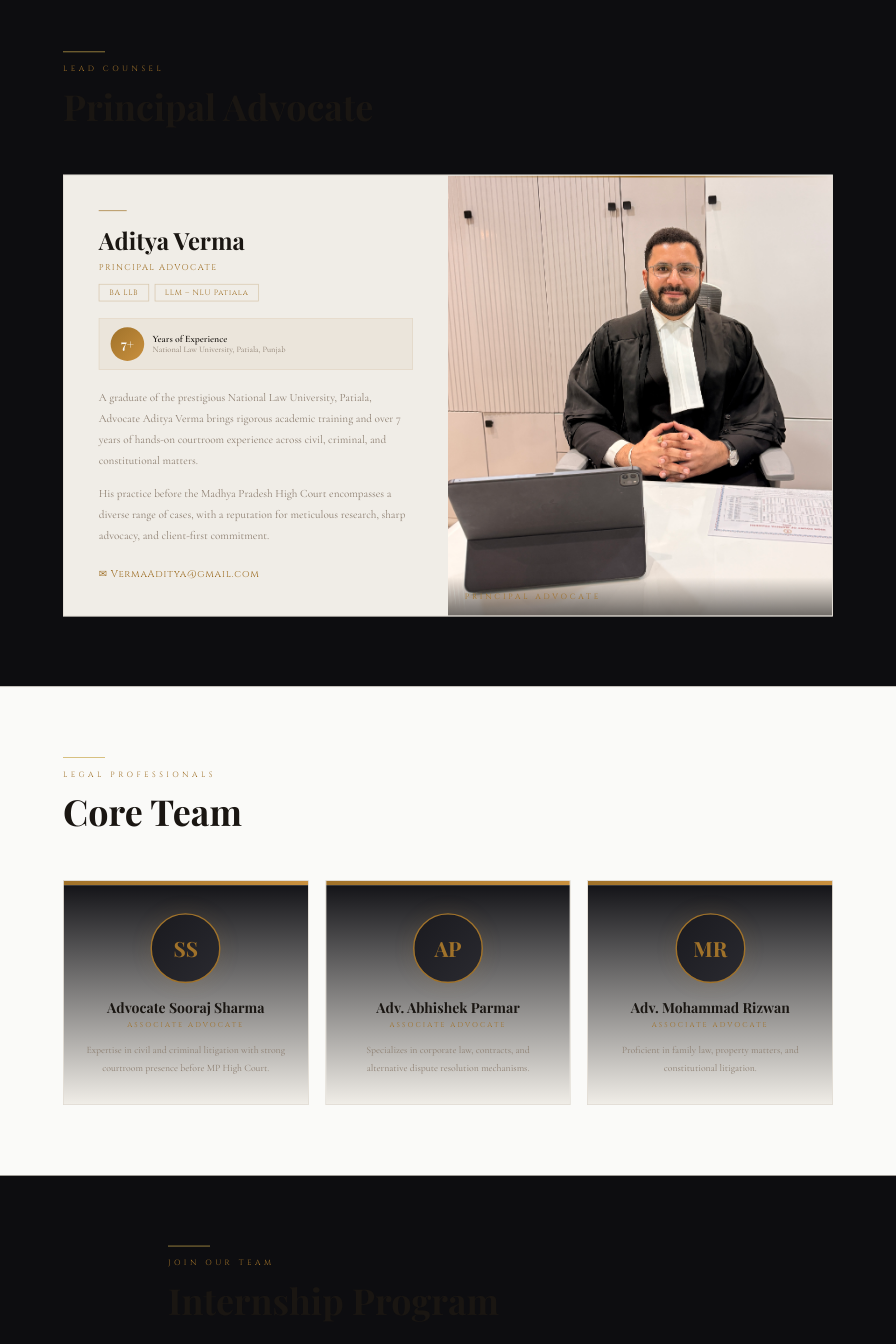
Repository: leesha19/aditya-verma-and-associates
Page: /
These files come from the project's save history. The page is drawn as it stood at one moment and after the next save; the edit follows.
The browser window is 1280 px wide. The pictures show the part of the page from y = 1882 to 3802 px (the page is 5786 px tall before and 6517 px after), at 70% of full size.
The project was rebuilt for these pictures with package versions that can differ from the ones it lists, and the page was loaded fresh each time.

Above is the page before, as saved 2026-04-20 00:13:35.

After the next save:
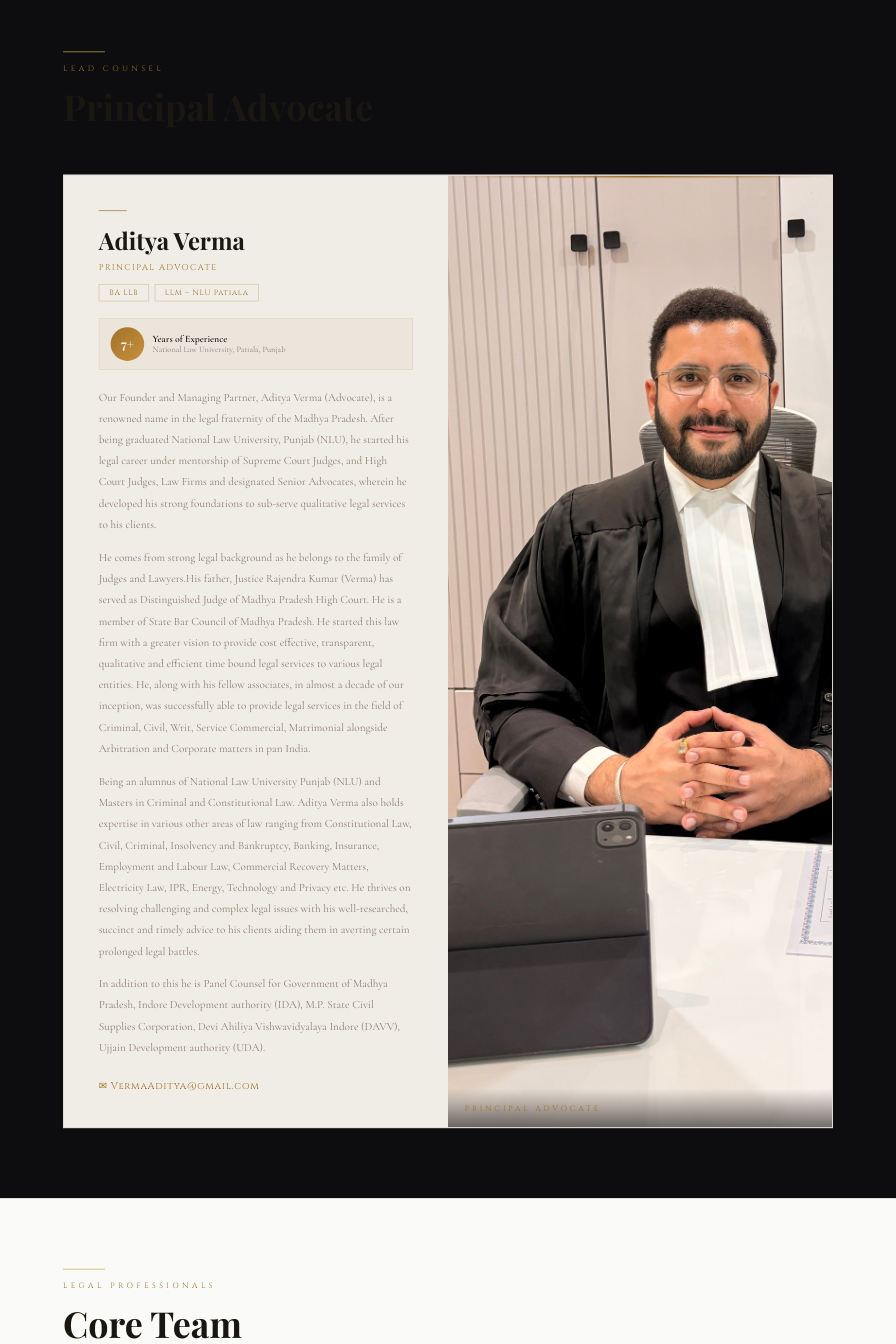
Saved 4 min 38 s later.
--- a/src/constants/data.js
+++ b/src/constants/data.js
@@ -30,9 +30,14 @@ export const LEAD_ADVOCATE = {
   phone: "+91 91764 91000",
   photo: require("../assets/aditya_verma.jpg"),
   bio: [
-    "A graduate of the prestigious National Law University, Patiala, Advocate Aditya Verma brings rigorous academic training and over 7 years of hands-on courtroom experience across civil, criminal, and constitutional matters.",
-    "His practice before the Madhya Pradesh High Court encompasses a diverse range of cases, with a reputation for meticulous research, sharp advocacy, and client-first commitment.",
-  ],
+   "Our Founder and Managing Partner, Aditya Verma (Advocate), is a renowned name in the legal fraternity of the Madhya Pradesh. After being graduated National Law University, Punjab (NLU), he started his legal career under mentorship of Supreme Court Judges, and High Court Judges, Law Firms and designated Senior Advocates, wherein he developed his strong foundations to sub-serve qualitative legal services to his clients.",
+
+  "He comes from strong legal background as he belongs to the family of Judges and Lawyers.His father, Justice Rajendra Kumar (Verma) has served as Distinguished Judge of Madhya Pradesh High Court. He is a member of State Bar Council of Madhya Pradesh. He started this law firm with a greater vision to provide cost effective, transparent, qualitative and efficient time bound legal services to various legal entities. He, along with his fellow associates, in almost a decade of our inception, was successfully able to provide legal services in the field of Criminal, Civil, Writ, Service Commercial, Matrimonial alongside Arbitration and Corporate matters in pan India.",
+  "Being an alumnus of National Law University Punjab (NLU) and Masters in Criminal and Constitutional Law. Aditya Verma also holds expertise in various other areas of law ranging from Constitutional Law, Civil, Criminal, Insolvency and Bankruptcy, Banking, Insurance, Employment and Labour Law, Commercial Recovery Matters, Electricity Law, IPR, Energy, Technology and Privacy etc. He thrives on resolving challenging and complex legal issues with his well-researched, succinct and timely advice to his clients aiding them in averting certain prolonged legal battles."
+,
+"In addition to this he is Panel Counsel for Government of Madhya Pradesh, Indore Development authority (IDA), M.P. State Civil Supplies Corporation, Devi Ahiliya Vishwavidyalaya Indore (DAVV), Ujjain Development authority (UDA).",
+
+],
 };
 
 export const CORE_TEAM = [
